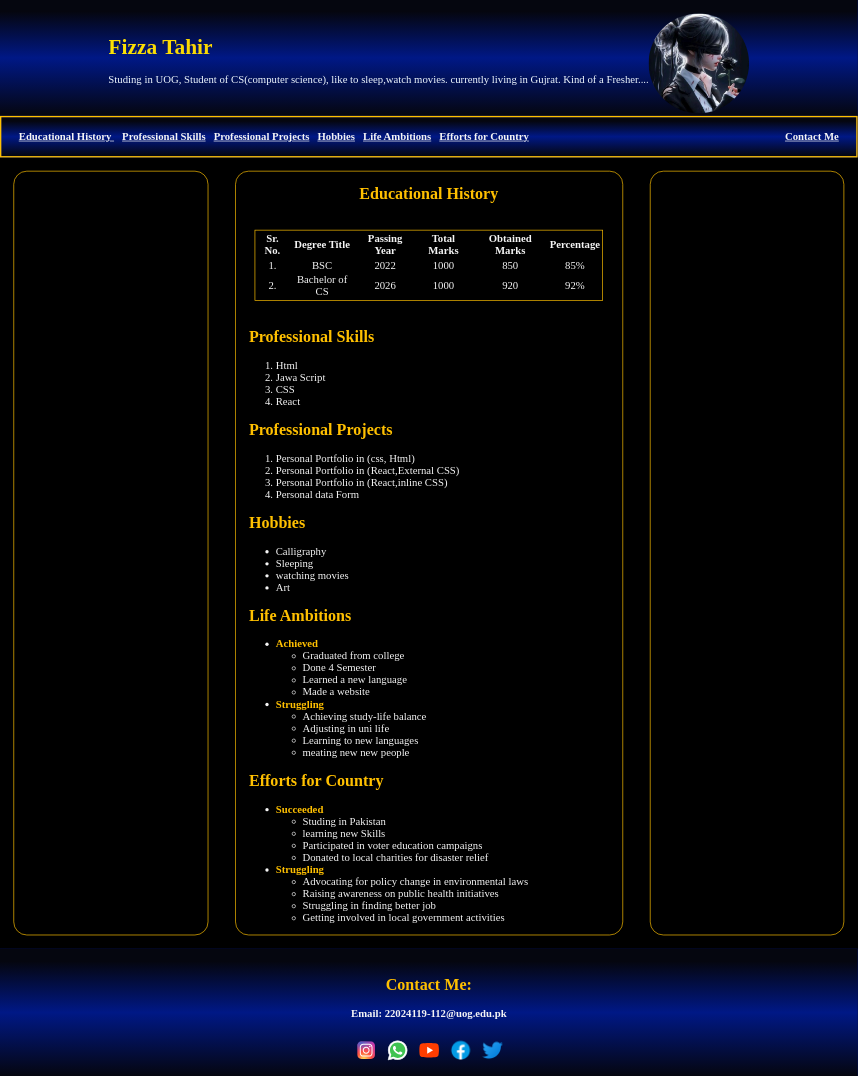
Repository: Fizza-112/project
Page: /
These files come from the project's save history. The page is drawn as it stood at one moment and after a run of saves; the edit follows.
The browser window is 1280 px wide. The pictures show the whole page, at 67% of full size.
The project was rebuilt for these pictures with package versions that can differ from the ones it lists, and the page was loaded fresh each time. Also part of the build but not shown: vite.config.ts.

Above is the page before, as saved 2024-09-18 13:13:36.

After the next 2 saves:
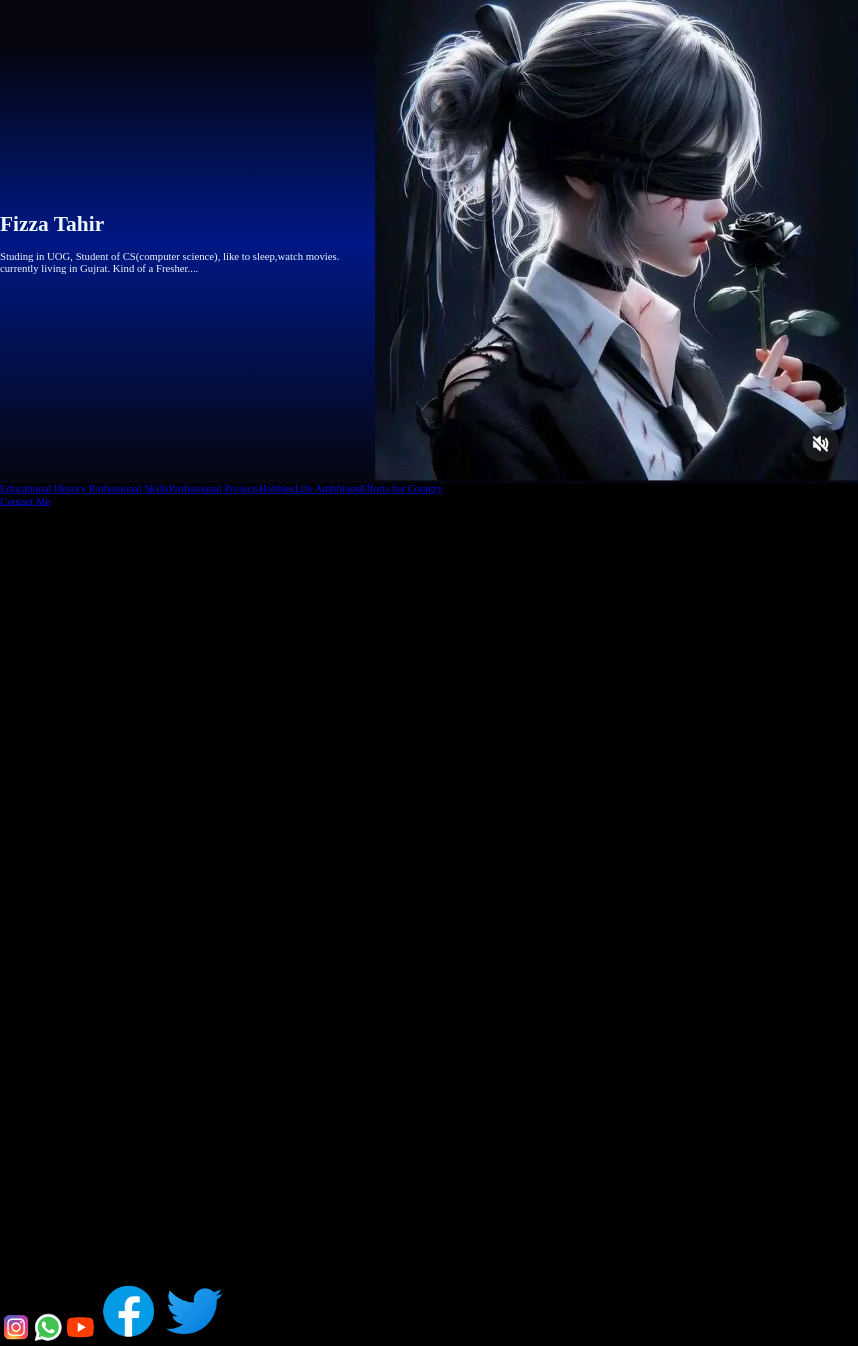
The 2 saves are shown as one change because they came seconds apart.
The last was saved 41 s later.
--- a/src/App.css
+++ b/src/App.css
@@ -24,7 +24,7 @@
   background-image: linear-gradient(180deg, #05060f 10%,#001886   50%, #05060f 100%);
 /* background-image: linear-gradient(43deg, #001886 0%, #05060f 46%, #001886  100%);  */
 }
-
+#@media (max-wi@media (max-width: 768pxd@media (max-width: 768pxt)
 header{
   display: flex;
   align-items: center;

After the save that followed:
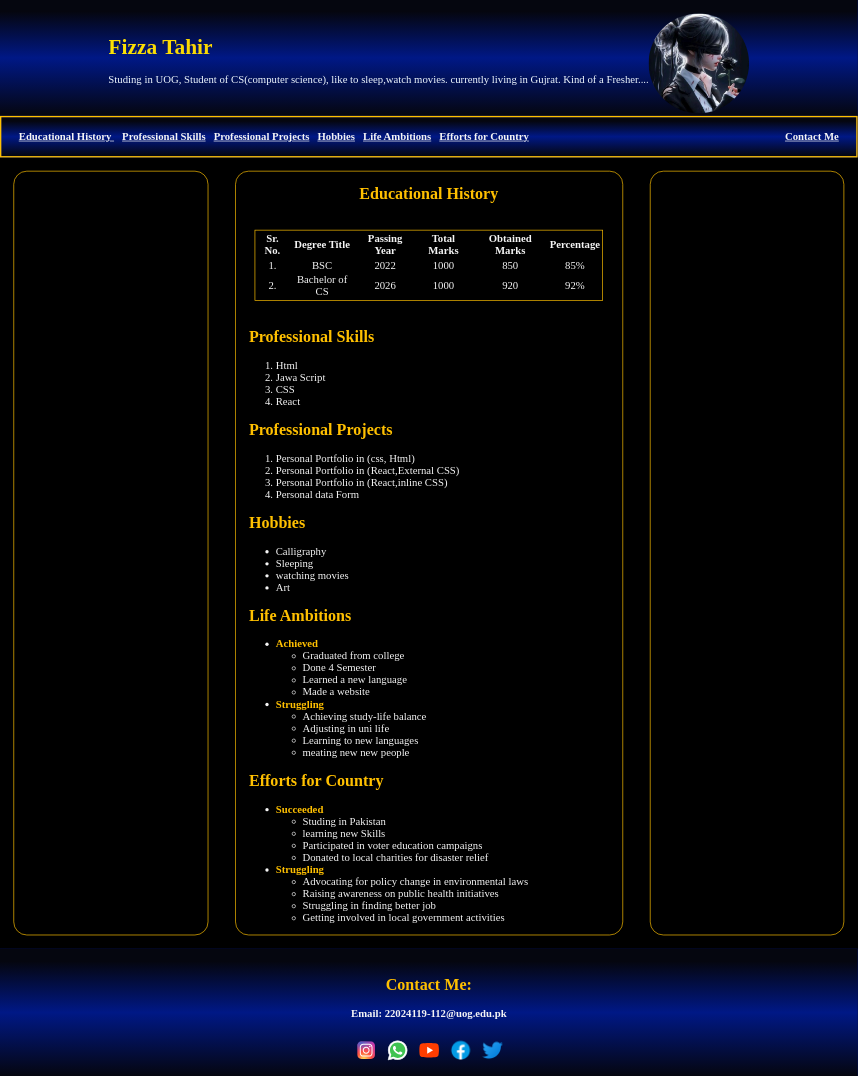
Saved 29 s later.
--- a/src/App.css
+++ b/src/App.css
@@ -24,7 +24,7 @@
   background-image: linear-gradient(180deg, #05060f 10%,#001886   50%, #05060f 100%);
 /* background-image: linear-gradient(43deg, #001886 0%, #05060f 46%, #001886  100%);  */
 }
-#@media (max-wi@media (max-width: 768pxd@media (max-width: 768pxt)
+@media (max-width: 768pxt)
 header{
   display: flex;
   align-items: center;
